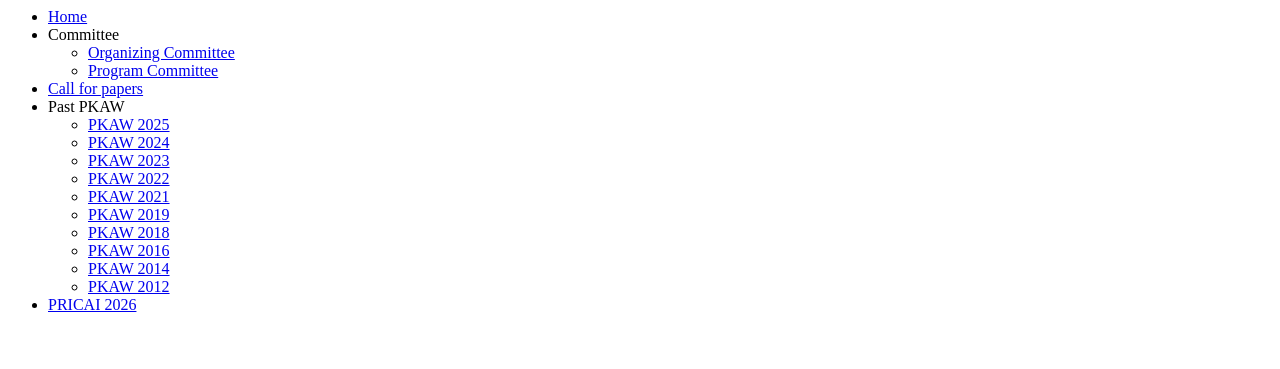
Repository: pkawwebsite/pkawwebsite.github.io
Page: 2026/components/navbar.html
These files come from the project's save history. The page is drawn as it stood at one moment and after the next save; the edit follows.
The browser window is 1280 px wide. The pictures show the whole page.

Above is the page before, as saved 2026-09-17 11:49:48.

### 2026/components/navbar.html
<nav class="navbar">
    <div class="container">
        <div class="nav-container">
            <ul class="nav-links">
                <li class="nav-item"><a href=".">Home</a></li>
                <li class="nav-item dropdown">
                    <a>Committee <span class="caret"></span></a>
                    <ul class="dropdown-menu">
                        <li class="nav-item"><a href="organizing-committee">Organizing Committee</a></li>
                        <li class="nav-item"><a href="program-committee">Program Committee</a></li>
                    </ul>
                </li>
                <li class="nav-item"><a href="call-for-paper">Call for papers</a></li>
                <li class="nav-item dropdown">
                    <a>Past PKAW <span class="caret"></span></a>
                    <ul class="dropdown-menu">
                        <li class="nav-item"><a href="https://pkawwebsite.github.io/2025/" target="_blank">PKAW 2025</a>
                        </li>
                        <li class="nav-item"><a href="https://pkawwebsite.github.io/2024/" target="_blank">PKAW 2024</a>
                        </li>
                        <li class="nav-item"><a href="https://pkawwebsite.github.io/2023/" target="_blank">PKAW 2023</a>
                        </li>
                        <li class="nav-item"><a href="https://pkawwebsite.github.io/2022/" target="_blank">PKAW 2022</a>
                        </li>
                        <li class="nav-item"><a href="http://www.pkaw.org/pkaw2020/" target="_blank">PKAW 2021</a></li>
                        <li class="nav-item"><a href="http://pkaw.org/pkaw2019/" target="_blank">PKAW 2019</a></li>
                        <li class="nav-item"><a href="http://pkaw.org/pkaw2018/" target="_blank">PKAW 2018</a></li>
                        <li class="nav-item"><a href="http://pkaw.org/pkaw2016/" target="_blank">PKAW 2016</a></li>
                        <li class="nav-item"><a href="http://pkaw.org/pkaw2014/" target="_blank">PKAW 2014</a></li>
                        <li class="nav-item"><a href="http://pkaw.org/pkaw2012/" target="_blank">PKAW 2012</a></li>
                    </ul>
                </li>
                <li class="nav-item"><a href="https://2026.pricai.org/">PRICAI 2026</a></li>
                <!-- <li class="nav-item">
                    <a href="#">Registration</a>
                </li> -->
            </ul>
            <div class="nav-button">
                <div class="hamburger">
                    <span id="bar1" class="bar"></span>
                    <span id="bar2" class="bar"></span>
                    <span id="bar3" class="bar"></span>
                </div>

            </div>
        </div>
    </div>

</nav>

After the next save:
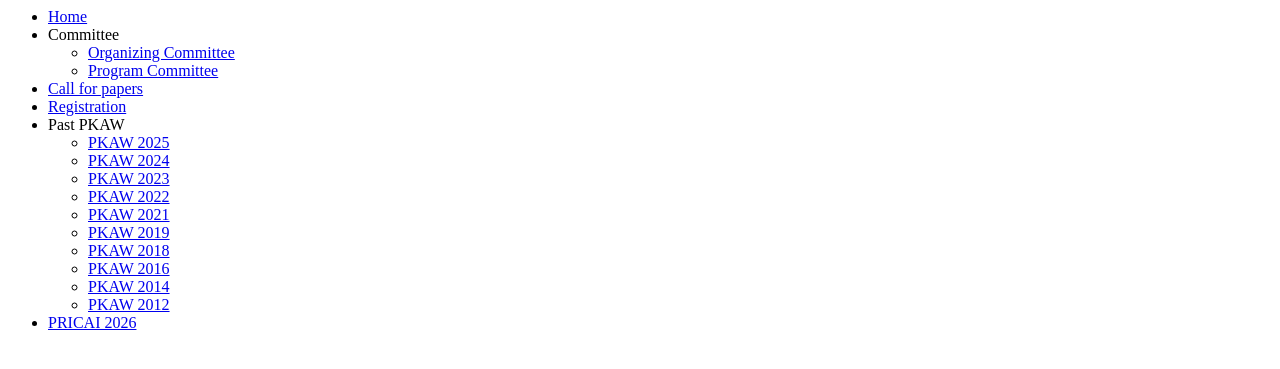
Saved 43 s later.
--- a/2026/components/navbar.html
+++ b/2026/components/navbar.html
@@ -11,6 +11,7 @@
                     </ul>
                 </li>
                 <li class="nav-item"><a href="call-for-paper">Call for papers</a></li>
+                <li class="nav-item"><a href="registration">Registration</a></li>
                 <li class="nav-item dropdown">
                     <a>Past PKAW <span class="caret"></span></a>
                     <ul class="dropdown-menu">
